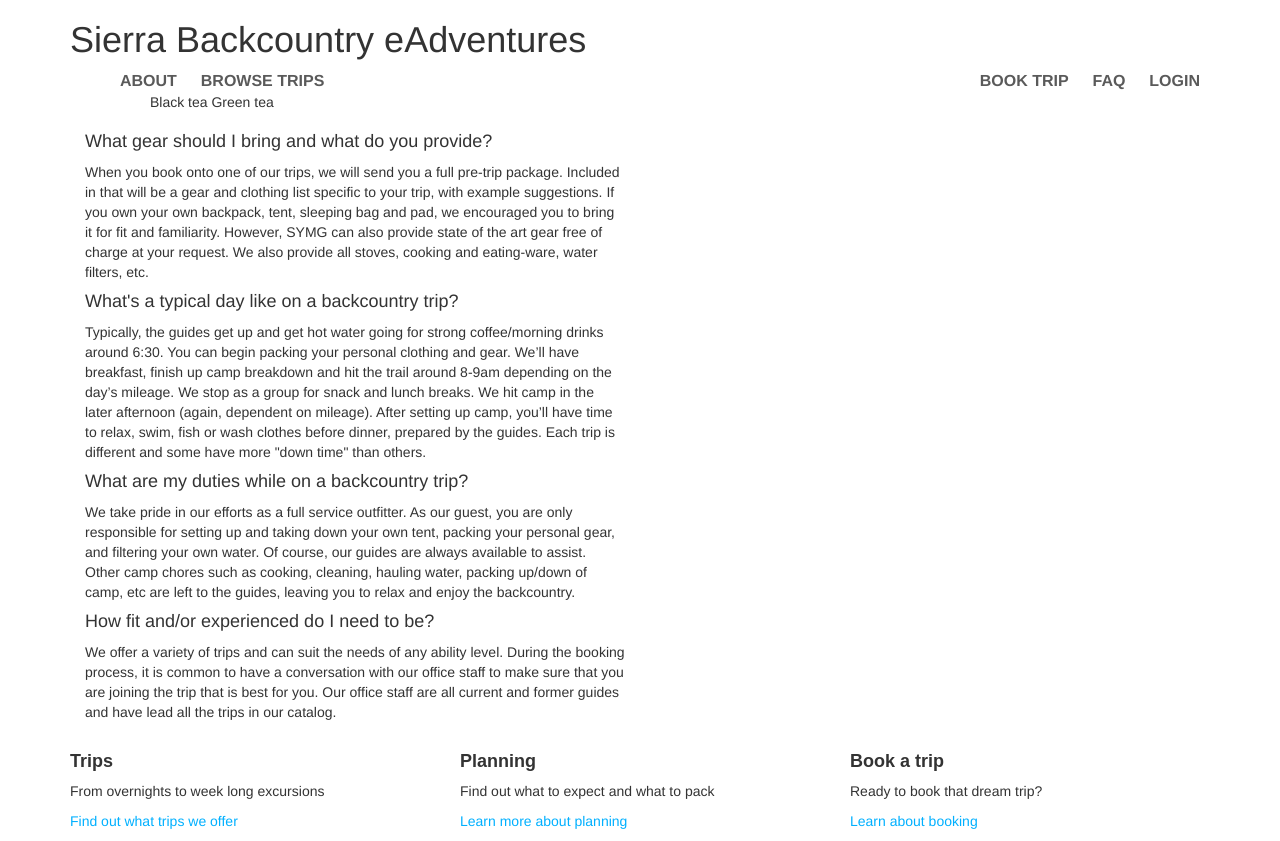
Repository: nageek17/eadventures
Page: http://localhost/faq.php
The author's editor kept a record of every edit. The page is drawn from the files as they stood at one moment, then again after the next edit.
The browser window is 1280 px wide. The pictures show the whole page.
Some web libraries are served in a nearby version. The page is run by PHP 8.4 with error messages shown; the project is at /var/www/html/.

Above is the page before.
Console error (its wording comes from the project's code and is left out).

After the next edit:
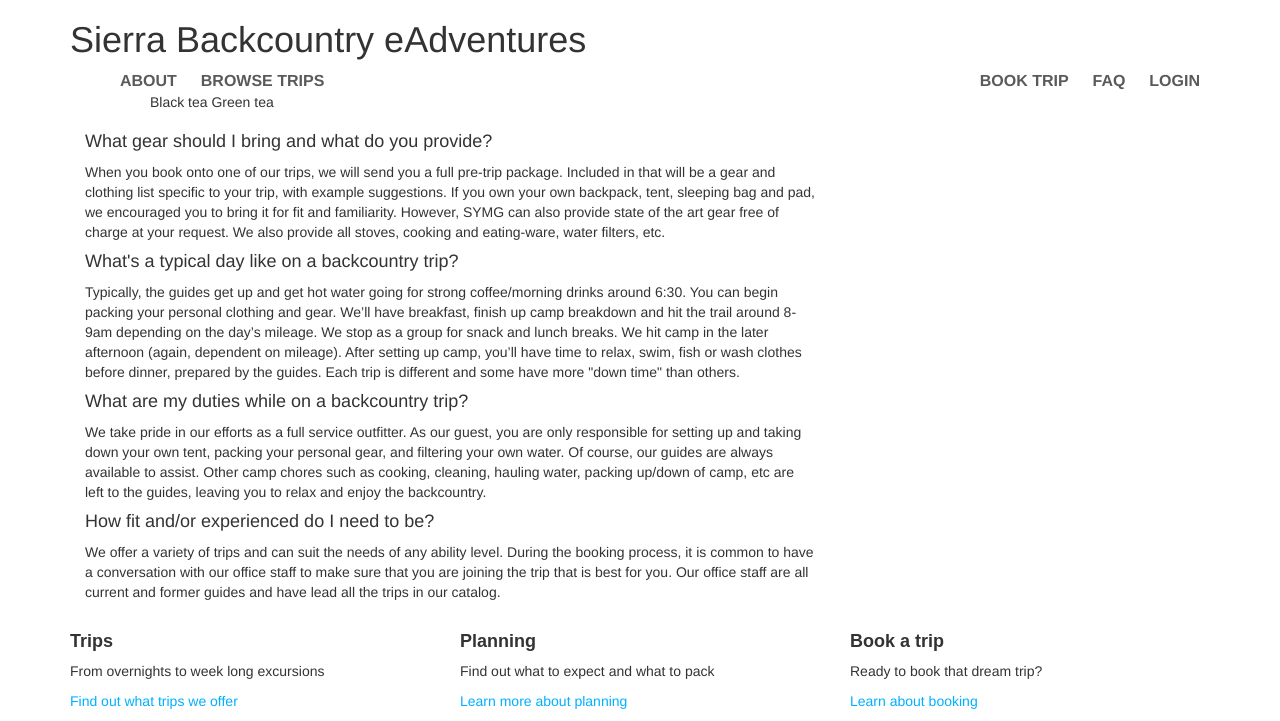
The edit:
--- a/faq.php
+++ b/faq.php
@@ -3,7 +3,7 @@
 ?>
 <div class='container'>
     <div class='faq'>
-      <div  class='col-md-6'>
+      <div  class='col-md-8'>
 
 <h4>What gear should I bring and what do you provide?</h4>
 <p>
